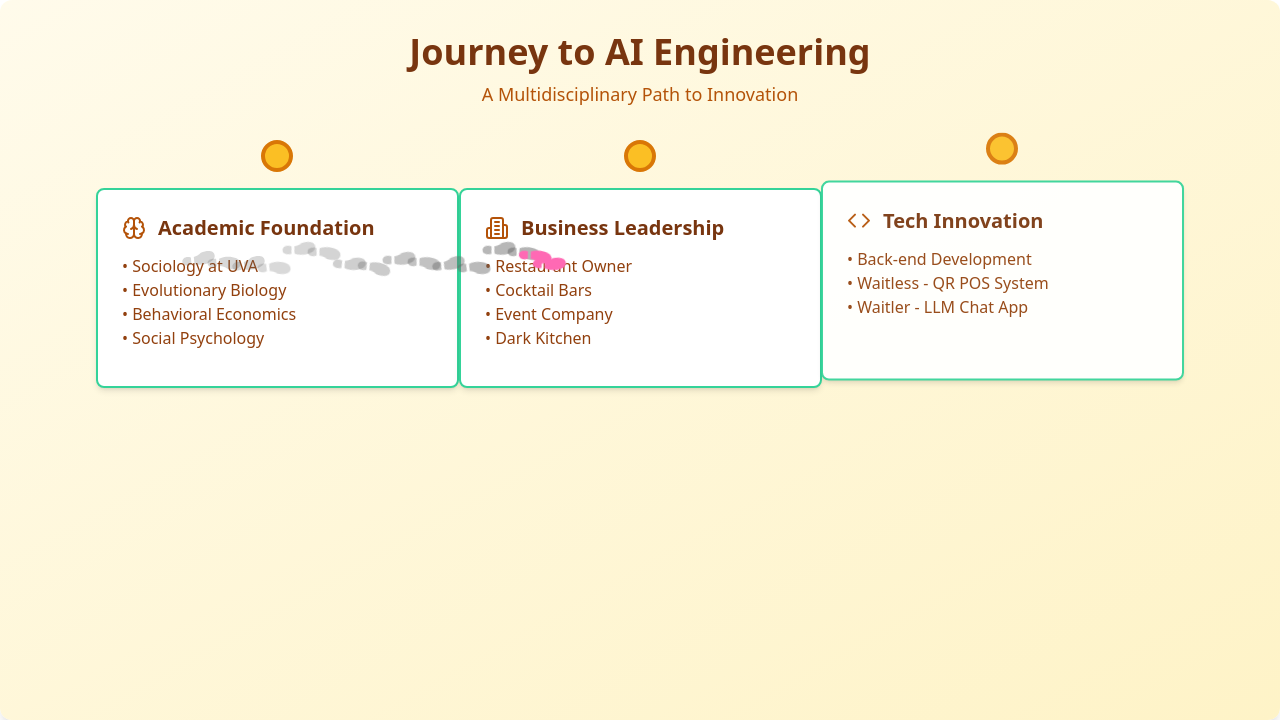
Repository: Galbaz1/dell_presentation
Page: /
These files come from the project's save history. The page is drawn as it stood at one moment and after the next save; the edit follows.
The browser window is 1280 px wide. The pictures show the whole page.
The project was rebuilt for these pictures with package versions that can differ from the ones it lists, and the page was loaded fresh each time. The framework's server and built-in components were replaced by stand-ins that run in the browser.

Above is the page before, as saved 2024-11-11 13:31:22.

### pages/_app.tsx
import '../styles/globals.css'
import '../styles/speaker_intro.css'
import type { AppProps } from 'next/app'

function MyApp({ Component, pageProps }: AppProps) {
  return <Component {...pageProps} />
}

export default MyApp

### pages/index.tsx
import React from 'react';
import { Brain, Building2, Code, Users, ArrowRight, RefreshCcw } from 'lucide-react';
import FootstepsAnimation from '../components/FootstepsAnimation';

const SpeakerSlide: React.FC = () => {
  return (
    <div className="bg-gradient-to-br from-amber-50 to-amber-100 p-8 rounded-xl shadow-lg min-h-screen overflow-hidden">
      {/* Header */}
      <div className="mb-12 text-center">
        <h1 className="text-4xl font-bold text-amber-900 mb-2">Journey to AI Engineering</h1>
        <p className="text-lg text-amber-700">A Multidisciplinary Path to Innovation</p>
      </div>

      {/* Journey Map */}
      <div className="relative mb-16 mx-auto max-w-[1400px]">
        <FootstepsAnimation />
        {/* Journey Stations */}
        <div className="relative flex justify-between items-center px-16">
          {/* Academic Foundation */}
          <div className="w-96 relative fall-animation">
            <div className="absolute -top-4 left-1/2 transform -translate-x-1/2">
              <div className="w-8 h-8 rounded-full bg-amber-400 border-4 border-amber-600" />
            </div>
            <div className="bg-white p-6 rounded-lg shadow-md mt-8 h-[200px] flex flex-col border-2 border-emerald-400">
              <h2 className="text-xl font-semibold text-amber-900 mb-3 flex items-center">
                <Brain className="mr-3 text-amber-700 w-6 h-6" /> Academic Foundation
              </h2>
              <ul className="text-base text-amber-800 flex-1">
                <li>• Sociology at UVA</li>
                <li>• Evolutionary Biology</li>
                <li>• Behavioral Economics</li>
                <li>• Social Psychology</li>
              </ul>
            </div>
          </div>

          {/* Business Experience */}
          <div className="w-96 relative fall-animation fall-animation-delay-1">
            <div className="absolute -top-4 left-1/2 transform -translate-x-1/2">
              <div className="w-8 h-8 rounded-full bg-amber-400 border-4 border-amber-600" />
            </div>
            <div className="bg-white p-6 rounded-lg shadow-md mt-8 h-[200px] flex flex-col border-2 border-emerald-400">
              <h2 className="text-xl font-semibold text-amber-900 mb-3 flex items-center">
                <Building2 className="mr-3 text-amber-700 w-6 h-6" /> Business Leadership
              </h2>
              <ul className="text-base text-amber-800 flex-1">
                <li>• Restaurant Owner</li>
                <li>• Cocktail Bars</li>
                <li>• Event Company</li>
                <li>• Dark Kitchen</li>
              </ul>
            </div>
          </div>

          {/* Tech Innovation */}
          <div className="w-96 relative fall-animation fall-animation-delay-2">
            <div className="absolute -top-4 left-1/2 transform -translate-x-1/2">
              <div className="w-8 h-8 rounded-full bg-amber-400 border-4 border-amber-600" />
            </div>
            <div className="bg-white p-6 rounded-lg shadow-md mt-8 h-[200px] flex flex-col border-2 border-emerald-400">
              <h2 className="text-xl font-semibold text-amber-900 mb-3 flex items-center">
                <Code className="mr-3 text-amber-700 w-6 h-6" /> Tech Innovation
              </h2>
              <ul className="text-base text-amber-800 flex-1">
                <li>• Back-end Development</li>
                <li>• Waitless - QR POS System</li>
                <li>• Waitler - LLM Chat App</li>
              </ul>
            </div>
          </div>
        </div>
      </div>

      {/* Current Roles Synergy Circle */}
      <div className="relative max-w-[1200px] mx-auto mt-24">
        {/* Synergy Arrows */}
        <div className="absolute left-0 right-0 mx-auto w-28 top-[80px] synergy-animation z-10">
          <div className="relative w-full h-full">
            <RefreshCcw className="w-full h-full text-amber-600 animate-spin-slow" />
            <div className="absolute top-1/2 left-1/2 transform -translate-x-1/2 -translate-y-1/2 text-sm text-amber-800 font-semibold bg-white px-3 py-1 rounded">
              Synergy
            </div>
          </div>
        </div>

        <div className="flex justify-between items-center synergy-animation px-16">
          {/* AI Engineering Role */}
          <div className="w-[480px] bg-white p-8 rounded-lg shadow-md border-2 border-amber-400 h-[160px] flex flex-col">
            <h2 className="text-2xl font-semibold text-amber-900 mb-3 flex items-center">
              <Brain className="mr-3 text-amber-700 w-6 h-6" /> AI Engineering
            </h2>
            <p className="text-base text-amber-800">
              Freelance AI solutions architect combining technical expertise with business acumen
            </p>
          </div>

          {/* AI Builders Role */}
          <div className="w-[480px] bg-white p-8 rounded-lg shadow-md border-2 border-amber-400 h-[160px] flex flex-col">
            <h2 className="text-2xl font-semibold text-amber-900 mb-3 flex items-center">
              <Users className="mr-3 text-amber-700 w-6 h-6" /> AI Builders Club
            </h2>
            <p className="text-base text-amber-800">
              Community lead fostering AI innovation in Amsterdam, Rotterdam, and Berlin
            </p>
          </div>
        </div>
      </div>
    </div>
  );
};

export default SpeakerSlide;

### styles/speaker_intro.css
@keyframes spin-slow {
  from {
    transform: rotate(0deg);
  }
  to {
    transform: rotate(360deg);
  }
}

.animate-spin-slow {
  animation: spin-slow 20s linear infinite;
}

@keyframes fallIn {
  0% {
    transform: translateY(-100vh) rotate(0deg);
    opacity: 0;
  }
  60% {
    transform: translateY(20px) rotate(720deg);
  }
  80% {
    transform: translateY(-10px) rotate(720deg);
  }
  100% {
    transform: translateY(0) rotate(720deg);
    opacity: 1;
  }
}

@keyframes footsteps {
  0% {
    clip-path: inset(0 100% 0 0);
  }
  100% {
    clip-path: inset(0 0 0 0);
  }
}

@keyframes dotted-line {
  0% {
    stroke-dashoffset: 1000;
  }
  100% {
    stroke-dashoffset: 0;
  }
}

@keyframes synergy-appear {
  0% {
    transform: scale(0) rotate(0deg);
    opacity: 0;
  }
  100% {
    transform: scale(1) rotate(360deg);
    opacity: 1;
  }
}

.fall-animation {
  opacity: 0;
  animation: fallIn 2s cubic-bezier(0.25, 0.46, 0.45, 0.94) forwards;
}

.fall-animation-delay-1 {
  animation-delay: 2s;
}

.fall-animation-delay-2 {
  animation-delay: 4s;
}

.footsteps-path {
  stroke-dasharray: 10;
  stroke-dashoffset: 1000;
  animation: dotted-line 1.5s ease-in-out forwards;
}

.footsteps-animation-1 {
  animation-delay: 1.5s;
}

.footsteps-animation-2 {
  animation-delay: 3.5s;
}

.synergy-animation {
  opacity: 0;
  animation: synergy-appear 2s cubic-bezier(0.34, 1.56, 0.64, 1) forwards;
  animation-delay: 6s;
}

/* Footsteps styling */
.footstep {
  position: absolute;
  width: 24px;
  height: 36px;
  fill: #ff69b4;
  opacity: 1;
  transform-origin: center;
  z-index: 51;
}

.footstep.active {
  opacity: 1;
}

.footstep.trail {
  fill: #666;
  opacity: 0.5;
}

.ghost-trail .footstep {
  fill: #666;
  opacity: 0.5;
}

/* First block path animation */
@keyframes first-block-path {
  0% { transform: translate(0, 0) rotate(0deg); opacity: 0; }
  5% { transform: translate(0, 0) rotate(0deg); opacity: 1; }
  20% { transform: translate(-100px, 0) rotate(-90deg); }
  35% { transform: translate(-100px, 100px) rotate(-90deg); }
  50% { transform: translate(0, 100px) rotate(0deg); }
  65% { transform: translate(0, 0) rotate(90deg); }
  80% { transform: translate(100px, 0) rotate(90deg); }
  95% { transform: translate(100px, 0) rotate(90deg); opacity: 1; }
  100% { transform: translate(100px, 0) rotate(90deg); opacity: 0; }
}

.first-block-path .left-step {
  animation: first-block-path 4s ease-in-out forwards;
}

.first-block-path .right-step {
  animation: first-block-path 4s ease-in-out 0.5s forwards;
}

/* Second block path animation */
@keyframes second-block-path {
  /* Similar to first-block-path but adjusted for second block position */
}

.second-block-path .left-step {
  animation: second-block-path 4s ease-in-out 4s forwards;
}

.second-block-path .right-step {
  animation: second-block-path 4s ease-in-out 4.5s forwards;
}

/* Third block path animation */
@keyframes third-block-path {
  /* Similar to previous paths but adjusted for third block position */
}

.third-block-path .left-step {
  animation: third-block-path 4s ease-in-out 8s forwards;
}

.third-block-path .right-step {
  animation: third-block-path 4s ease-in-out 8.5s forwards;
}

/* Trail effect */
.footstep-trail {
  position: absolute;
  opacity: 0.3;
  transition: opacity 0.5s ease-out;
}

.footstep-trail.fade {
  opacity: 0;
}

.ghost-trail {
  position: absolute;
  fill: #666;
  opacity: 0.5;
  transition: opacity 1s ease-out;
  z-index: 50;
}

.ghost-trail-container {
  position: fixed;
  top: 0;
  left: 0;
  width: 100%;
  height: 100%;
  pointer-events: none;
  z-index: 50;
  overflow: hidden;
}

### components/FootstepsAnimation.tsx
import React, { useEffect, useRef } from 'react';
import gsap from 'gsap';

interface FootProps {
  ref: React.RefObject<SVGSVGElement>;
}

const RightFootprint = React.forwardRef<SVGSVGElement>((_, ref) => (
  <svg
    ref={ref}
    width="24"
    height="36"
    viewBox="0 0 16 32"
    fill="currentColor"
    xmlns="http://www.w3.org/2000/svg"
    className="footstep right-step"
    style={{ transform: 'rotate(90deg)' }}
  >
    <path d="M5.058 20.918l6.21-1.664c-0.204-2.22 0-4.745 1.205-7.11 0.18-6.195-1.867-11.962-6.835-10.631-5.468 1.465-4.865 13.899-0.58 19.404v0zM5.468 23.537c0.343 11.974 12.512 6.497 6.318-1.693l-6.318 1.693z" />
  </svg>
));

const LeftFootprint = React.forwardRef<SVGSVGElement>((_, ref) => (
  <svg
    ref={ref}
    width="24"
    height="36"
    viewBox="20 0 16 32"
    fill="currentColor"
    xmlns="http://www.w3.org/2000/svg"
    className="footstep left-step"
    style={{ transform: 'rotate(90deg)' }}
  >
    <path d="M27.227 20.917l-6.21-1.664c0.204-2.22-0-4.745-1.205-7.11-0.18-6.195 1.867-11.962 6.835-10.631 5.468 1.466 4.865 13.9 0.58 19.404v0zM26.818 23.536c-0.343 11.973-12.512 6.497-6.318-1.693l6.318 1.693z" />
  </svg>
));

const FootstepsAnimation: React.FC = () => {
  const leftFootRef = useRef<SVGSVGElement>(null);
  const rightFootRef = useRef<SVGSVGElement>(null);
  const ghostTrailRef = useRef<HTMLDivElement>(null);

  useEffect(() => {
    if (!leftFootRef.current || !rightFootRef.current || !ghostTrailRef.current) return;

    // River-like flowing path with gentle curves
    const flowingPath = [
      // Start at first orange circle
      { x: 200, y: 250 },    // Starting position
      { x: 250, y: 245 },    // Slight upward curve
      { x: 300, y: 240 },    // Continue gentle rise
      { x: 350, y: 245 },    // Start subtle dip
      { x: 400, y: 250 },    // Return to middle height
      // Middle section (to second circle)
      { x: 450, y: 245 },    // Begin second curve up
      { x: 500, y: 240 },    // Peak of middle curve
      { x: 550, y: 245 },    // Start descending
      { x: 600, y: 250 },    // Level at second circle
      // Final section (to third circle)
      { x: 650, y: 245 },    // Final curve begins
      { x: 700, y: 240 },    // Last gentle rise
      { x: 750, y: 245 },    // Approaching end
      { x: 800, y: 250 },    // End at third circle
    ];

    const createGhostTrail = (
      element: SVGSVGElement,
      x: number,
      y: number,
      rotation: number = 0
    ): void => {
      if (!ghostTrailRef.current) return;

      const ghost = element.cloneNode(true) as SVGSVGElement;
      ghost.style.position = 'absolute';
      ghost.style.left = `${x}px`;
      ghost.style.top = `${y}px`;
      ghost.style.transform = `rotate(${rotation + 90}deg)`;
      ghost.classList.add('ghost-trail');

      ghostTrailRef.current.appendChild(ghost);

      // Maintain more visible ghost trail
      gsap.to(ghost, {
        opacity: 0.25,  // Increased visibility
        duration: 3,    // Longer duration
        ease: "none",   // Linear fade for consistent trail
      });
    };

    const animateFootstep = (
      foot: SVGSVGElement,
      path: Array<{x: number, y: number}>,
      delay: number,
      isLeft: boolean
    ): void => {
      path.forEach((point, index) => {
        const prevPoint = index > 0 ? path[index - 1] : point;
        const nextPoint = index < path.length - 1 ? path[index + 1] : point;

        // Calculate rotation based on current direction of movement
        const rotation = Math.atan2(
          nextPoint.y - prevPoint.y,
          nextPoint.x - prevPoint.x
        ) * 180 / Math.PI;

        gsap.to(foot, {
          x: point.x + (isLeft ? -12 : 12),  // Lateral offset for left/right foot
          y: point.y + (index % 2 ? 5 : -5), // Slight vertical alternation
          rotation: rotation + 90 + (isLeft ? -15 : 15), // Angle feet slightly outward
          duration: 0.6,    // Slower, more natural step timing
          delay: delay + (index * 0.7), // More time between steps
          ease: "power2.inOut",
          onComplete: () => createGhostTrail(
            foot,
            point.x + (isLeft ? -12 : 12),
            point.y + (index % 2 ? 5 : -5),
            rotation + (isLeft ? -15 : 15)
          ),
        });
      });
    };

    // Start animations with proper timing
    const timeline = gsap.timeline();

    // Animate both feet with slight offset for natural walking
    animateFootstep(leftFootRef.current, flowingPath, 0, true);
    animateFootstep(rightFootRef.current, flowingPath, 0.35, false); // Increased offset

    return () => {
      timeline.kill();
    };
  }, []);

  return (
    <div className="fixed inset-0 pointer-events-none" style={{ zIndex: 50 }}>
      <div
        ref={ghostTrailRef}
        className="ghost-trail-container"
        style={{ zIndex: 50 }}
      />
      <LeftFootprint ref={leftFootRef} />
      <RightFootprint ref={rightFootRef} />
    </div>
  );
};

RightFootprint.displayName = 'RightFootprint';
LeftFootprint.displayName = 'LeftFootprint';

export default FootstepsAnimation;

### tailwind.config.js
/** @type {import('tailwindcss').Config} */
module.exports = {
  content: [
    "./pages/**/*.{js,ts,jsx,tsx}",
    "./components/**/*.{js,ts,jsx,tsx}",
    "./styles/**/*.css",
  ],
  theme: {
    extend: {},
  },
  plugins: [],
}

Loaded but not shown: styles/globals.css (common file)

After the next save:
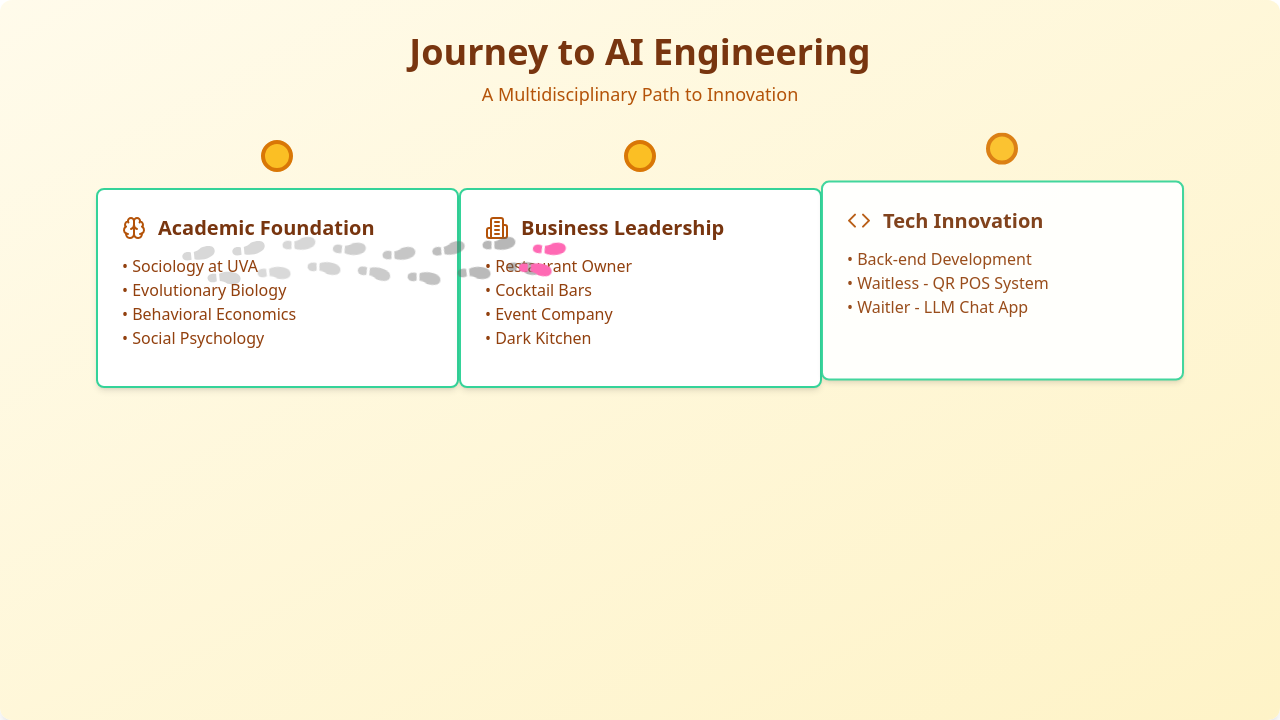
Saved 2 min 18 s later.
--- a/components/FootstepsAnimation.tsx
+++ b/components/FootstepsAnimation.tsx
@@ -98,23 +98,25 @@ const FootstepsAnimation: React.FC = () => {
         const prevPoint = index > 0 ? path[index - 1] : point;
         const nextPoint = index < path.length - 1 ? path[index + 1] : point;
 
-        // Calculate rotation based on current direction of movement
         const rotation = Math.atan2(
           nextPoint.y - prevPoint.y,
           nextPoint.x - prevPoint.x
         ) * 180 / Math.PI;
 
+        // Add constant vertical offset for left foot (-10) and right foot (+10)
+        const verticalOffset = isLeft ? -10 : 10;
+
         gsap.to(foot, {
-          x: point.x + (isLeft ? -12 : 12),  // Lateral offset for left/right foot
-          y: point.y + (index % 2 ? 5 : -5), // Slight vertical alternation
-          rotation: rotation + 90 + (isLeft ? -15 : 15), // Angle feet slightly outward
-          duration: 0.6,    // Slower, more natural step timing
-          delay: delay + (index * 0.7), // More time between steps
+          x: point.x + (isLeft ? -12 : 12),
+          y: point.y + verticalOffset, // Use constant vertical offset instead of alternating
+          rotation: rotation + 90 + (isLeft ? -15 : 15),
+          duration: 0.6,
+          delay: delay + (index * 0.7),
           ease: "power2.inOut",
           onComplete: () => createGhostTrail(
             foot,
             point.x + (isLeft ? -12 : 12),
-            point.y + (index % 2 ? 5 : -5),
+            point.y + verticalOffset, // Use same vertical offset for ghost trail
             rotation + (isLeft ? -15 : 15)
           ),
         });
